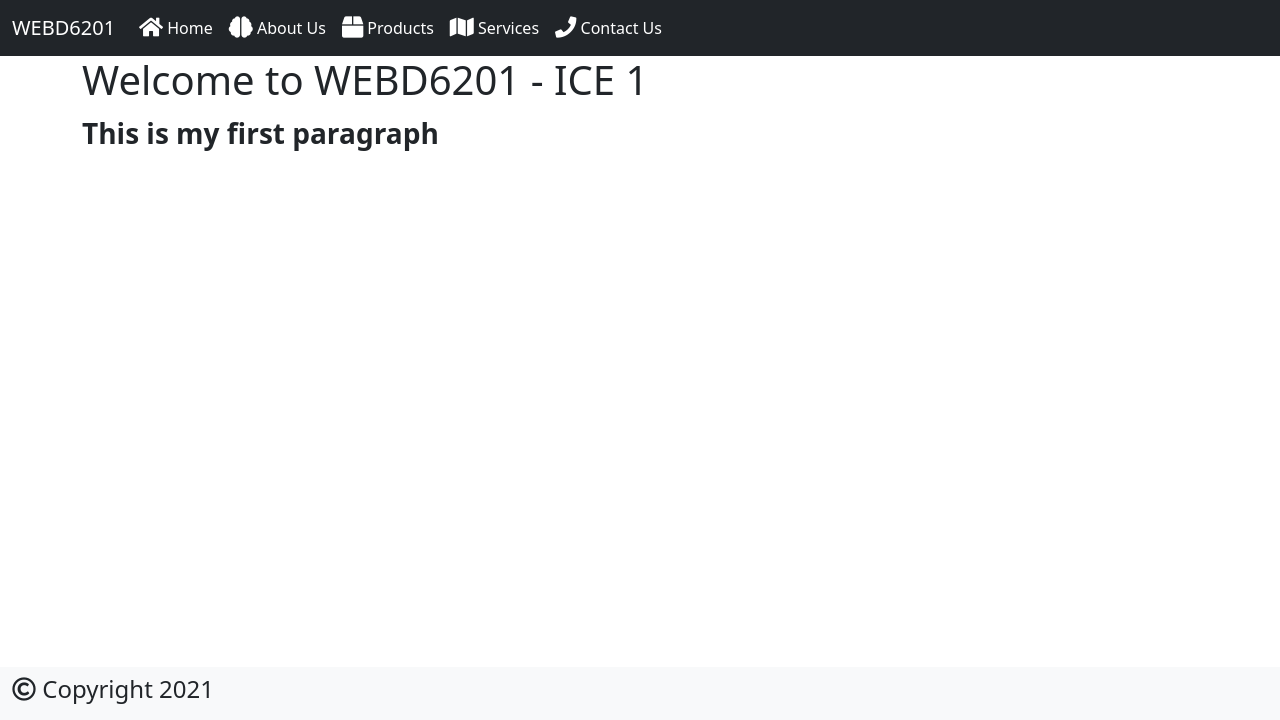
Repository: AshokSasi/WEBD6201-Week3
Page: contact.html
These files come from the project's save history. The page is drawn as it stood at one moment and after the next save; the edit follows.
The browser window is 1280 px wide. The pictures show the whole page.

Above is the page before, as saved 2021-01-21 09:55:50.

### contact.html
<!DOCTYPE html>
<html lang="en">
<head>
    <meta charset="UTF-8">
    <meta name="viewport" content="width=device-width, initial-scale=1.0">
    <title>Home</title>
    <!-- CSS Section-->
    <link rel="stylesheet" href="./Content/app.css">
    <link rel="stylesheet" href="./node_modules/bootstrap/dist/css/bootstrap.min.css">
    <link rel="stylesheet" href="./node_modules/@fortawesome/fontawesome-free/css/all.min.css">
</head>
<body>
  <!-- Main Header -->
    <header>
      <!--main navbar-->
        <nav class="navbar navbar-expand-lg navbar-dark bg-dark">
            <div class="container-fluid">
              <a class="navbar-brand" href="index.html">WEBD6201</a>
              <button class="navbar-toggler" type="button" data-bs-toggle="collapse" data-bs-target="#navbarSupportedContent" aria-controls="navbarSupportedContent" aria-expanded="false" aria-label="Toggle navigation">
                <span class="navbar-toggler-icon"></span>
              </button>
              <div class="collapse navbar-collapse" id="navbarSupportedContent">
                <ul class="navbar-nav me-auto mb-2 mb-lg-0">
                  <li class="nav-item">
                    <a class="nav-link active" aria-current="page" href="index.html"><i class="fas fa-home fa-lg"></i> Home</a>
                  </li>
                  <li class="nav-item">
                    <a class="nav-link active" aria-current="page" href="about.html"><i class="fas fa-brain fa-lg"></i> About Us</a>
                  </li>
                  <li class="nav-item">
                    <a class="nav-link active" aria-current="page" href="products.html"><i class="fas fa-box fa-lg"></i> Products</a>
                  </li>
                  <li class="nav-item">
                    <a class="nav-link active" aria-current="page" href="services.html"><i class="fas fa-map fa-lg"></i> Services</a>
                  </li>
                  <li class="nav-item">
                    <a class="nav-link active" aria-current="page" href="contact.html"><i class="fas fa-phone fa-lg"></i> Contact Us</a>
                  </li>
                </ul>

              </div>
            </div>
          </nav>
    </header>

    <!-- Main Content-->
    <main class="container">
        <h1>Welcome to WEBD 6201</h1>

        <p id="paragraphOne"></p>
    </main>

    <!--Main Footer Nav -->
    <footer>
        <nav class="navbar fixed-bottom navbar-light bg-light">
            <div class="container-fluid">
              <h4><i class="far fa-copyright"></i> Copyright 2021</h4>
            </div>
          </nav>
    </footer>

    <!--Javascript section-->
    <script src="./Scripts/app.js"></script>
    <script src="./node_modules/jquery/dist/jquery.min.js"></script>
    <script src="./node_modules/bootstrap/dist/js/bootstrap.bundle.min.js"></script>
</body>
</html>

### Scripts/app.js

//IIFE Immediately Function Expression
//AKA - Anonymous Self- Executing Function
//Closure - Limits scop leak

"use strict";

(function()
{
    function Start()
    {
        console.log("App started ...");
        let paragraphOneText = "This is a simple site to demonstrate DOM manipulation for ICE 1";

        let paragraphOneElement = document.getElementById("paragraphOne");

        paragraphOneElement.textContent= paragraphOneText;
        paragraphOneElement.className="fs-5";

        // Step 1: document.createElement
        let newParagraph  = document.createElement("p");
        // Step 2: Configure the element
        newParagraph.setAttribute("id","paragraphTwo");
        newParagraph.textContent = "... And this is paragraph two";
        // Step 3: Select the parent element
        let mainContent = document.getElementsByTagName("main")[0];
        // Step4: Add/Insert the element
        mainContent.appendChild(newParagraph);

        newParagraph.className = "fs-6";

        //another way of injecting content
       let paragraphDiv = document.createElement("div");
       let paragraphThree= `<p id="paragraphThree" class="fs-7 fw-bold">And this is the third paragraph</p>`;
        paragraphDiv.innerHTML = paragraphThree;

        //example of inserting before a node.
      //  newParagraph.before(paragraphDiv)

      //example of inserting after a node.
      newParagraph.after(paragraphDiv);

      //delete elements
      //paragraphOneElement.remove();

      //example of remove child
      mainContent.removeChild(paragraphOneElement);

      //update / modification
     // mainContent.firstElementChild.textContent = "Welcome Home";

     mainContent.innerHTML =
     `<h1 id="firstHeading">Welcome to WEBD6201 - ICE 1</h1>
     <p id="paragraphOne" class="fs-3 fw-bold">This is my first paragraph</p>
     `


    }
    window.addEventListener("load", Start);
})();

Loaded but not shown: node_modules/bootstrap/dist/css/bootstrap.min.css (library); node_modules/@fortawesome/fontawesome-free/css/all.min.css (library); node_modules/jquery/dist/jquery.min.js (library); node_modules/bootstrap/dist/js/bootstrap.bundle.min.js (library); Content/app.css (no stored copy; drawn as an empty file)

After the next save:
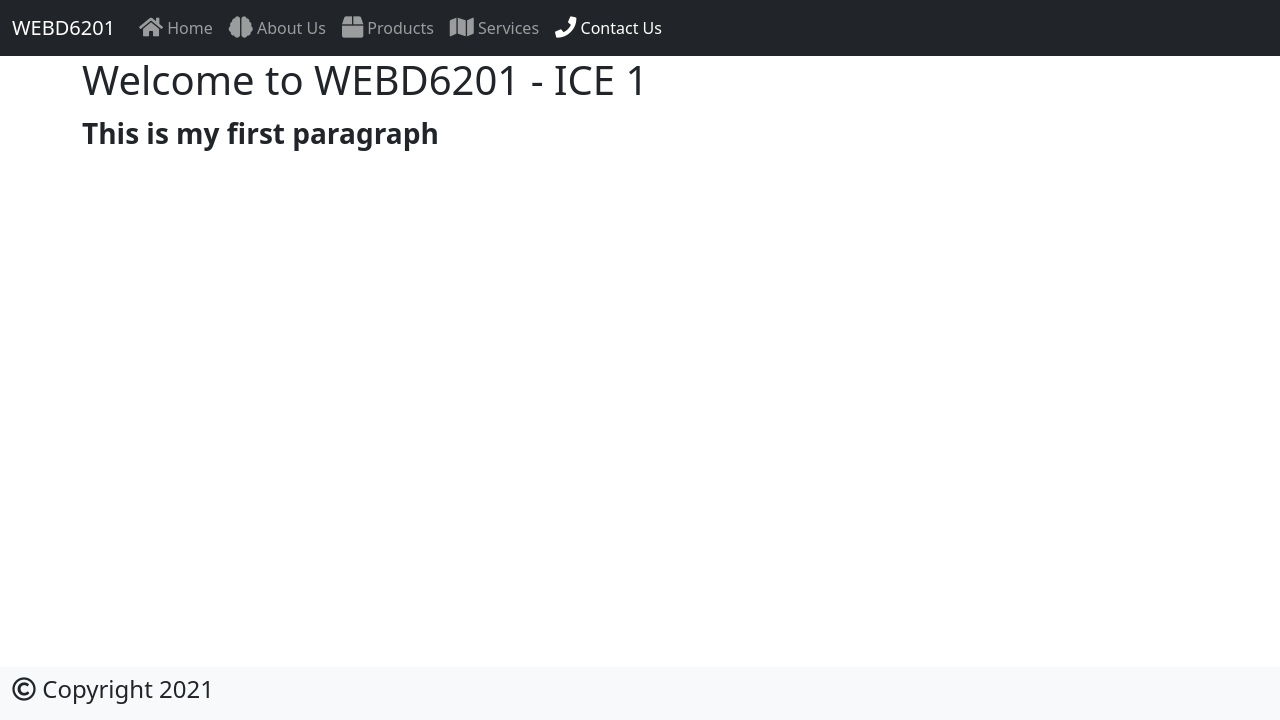
Saved 20 s later.
--- a/contact.html
+++ b/contact.html
@@ -3,7 +3,7 @@
 <head>
     <meta charset="UTF-8">
     <meta name="viewport" content="width=device-width, initial-scale=1.0">
-    <title>Home</title>
+    <title>Contact Us</title>
     <!-- CSS Section-->
     <link rel="stylesheet" href="./Content/app.css">
     <link rel="stylesheet" href="./node_modules/bootstrap/dist/css/bootstrap.min.css">
@@ -22,16 +22,16 @@
               <div class="collapse navbar-collapse" id="navbarSupportedContent">
                 <ul class="navbar-nav me-auto mb-2 mb-lg-0">
                   <li class="nav-item">
-                    <a class="nav-link active" aria-current="page" href="index.html"><i class="fas fa-home fa-lg"></i> Home</a>
+                    <a class="nav-link" aria-current="page" href="index.html"><i class="fas fa-home fa-lg"></i> Home</a>
                   </li>
                   <li class="nav-item">
-                    <a class="nav-link active" aria-current="page" href="about.html"><i class="fas fa-brain fa-lg"></i> About Us</a>
+                    <a class="nav-link" aria-current="page" href="about.html"><i class="fas fa-brain fa-lg"></i> About Us</a>
                   </li>
                   <li class="nav-item">
-                    <a class="nav-link active" aria-current="page" href="products.html"><i class="fas fa-box fa-lg"></i> Products</a>
+                    <a class="nav-link" aria-current="page" href="products.html"><i class="fas fa-box fa-lg"></i> Products</a>
                   </li>
                   <li class="nav-item">
-                    <a class="nav-link active" aria-current="page" href="services.html"><i class="fas fa-map fa-lg"></i> Services</a>
+                    <a class="nav-link" aria-current="page" href="services.html"><i class="fas fa-map fa-lg"></i> Services</a>
                   </li>
                   <li class="nav-item">
                     <a class="nav-link active" aria-current="page" href="contact.html"><i class="fas fa-phone fa-lg"></i> Contact Us</a>
